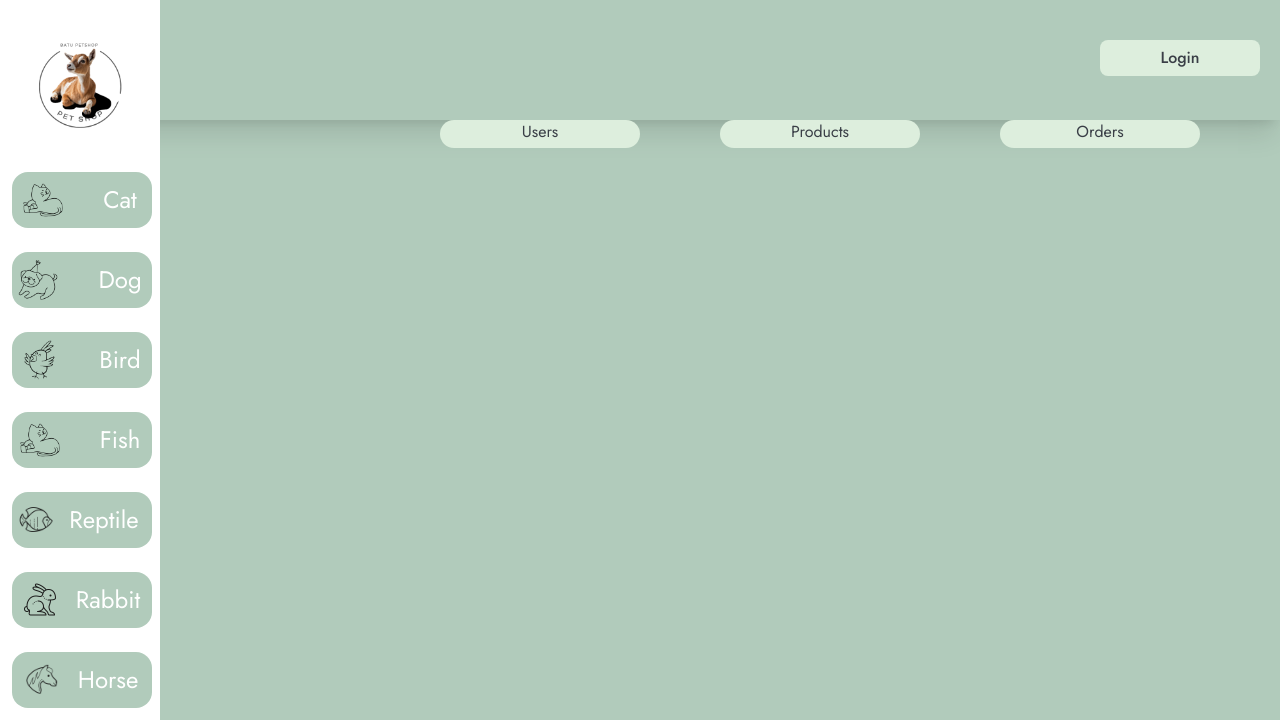
Repository: batu-call/batu-petshop
Page: /main (app in petshopp-appAdmin/admin/)
The author's editor kept a copy of each file at every save. The page is drawn from the files as they stood at one save, then again after the next save.
The browser window is 1280 px wide. The pictures show the whole page.
The project was rebuilt for these pictures with package versions that can differ from the ones it lists, and the page was loaded fresh each time. The framework's server and built-in components were replaced by stand-ins that run in the browser. Also part of the build but not shown: petshopp-appAdmin/admin/next.config.ts.

Above is the page before, as saved 2025-09-20 00:33:13.

### petshopp-appAdmin/admin/src/app/layout.tsx
import type { Metadata } from "next";
import { Jost } from 'next/font/google';
import "./globals.css";

const jost = Jost({
  subsets: ['latin'],
  weight: ['400', '500', '700'],
});


export const metadata: Metadata = {
  title: "Batu Petshop AdminPanel",
  description: "Generated by create next app",
   icons: {
    icon: '/favicon.ico',
  },
};

export default function RootLayout({
  children,
}: Readonly<{
  children: React.ReactNode;
}>) {
  return (
    <html lang="en">
      <body
        className={`antialiased ${jost.className}`}
      >
        {children}
      </body>
    </html>
  );
}

### petshopp-appAdmin/admin/src/app/main/layout.tsx
import Main from "./controller/Main"

export default function MainLayout({ children }: { children: React.ReactNode }) {
  return <Main>{children}</Main>
}

### petshopp-appAdmin/admin/src/app/main/page.tsx
import React from 'react'
import Main from './controller/Main'


const page = () => {
  return (
    <div>
        <Main />
    </div>
  )
}

export default page

### petshopp-appAdmin/admin/src/app/globals.css
@import "tailwindcss";
@import "tw-animate-css";

@custom-variant dark (&:is(.dark *));

@layer utilities {
  .bg-primary {
    background-color: #B1CBBB;
  }
  .bg-secondary {
    background-color: #DDEEDD;
  }
  .bg-secondary_20 {
    background-color: rgba(221, 238, 221, 0.2);
  }
  .text-jost {
    font-family: 'Jost',sans-serif;
  }
  .text-color {
    color: #393E46;
  }
  .text-color2 {
    color: #B1CBBB;
  }
}

body {
  font-family: 'Jost', Arial, Helvetica, sans-serif
}

@theme inline {
  --radius-sm: calc(var(--radius) - 4px);
  --radius-md: calc(var(--radius) - 2px);
  --radius-lg: var(--radius);
  --radius-xl: calc(var(--radius) + 4px);
  --color-background: var(--background);
  --color-foreground: var(--foreground);
  --color-card: var(--card);
  --color-card-foreground: var(--card-foreground);
  --color-popover: var(--popover);
  --color-popover-foreground: var(--popover-foreground);
  --color-primary: var(--primary);
  --color-primary-foreground: var(--primary-foreground);
  --color-secondary: var(--secondary);
  --color-secondary-foreground: var(--secondary-foreground);
  --color-muted: var(--muted);
  --color-muted-foreground: var(--muted-foreground);
  --color-accent: var(--accent);
  --color-accent-foreground: var(--accent-foreground);
  --color-destructive: var(--destructive);
  --color-border: var(--border);
  --color-input: var(--input);
  --color-ring: var(--ring);
  --color-chart-1: var(--chart-1);
  --color-chart-2: var(--chart-2);
  --color-chart-3: var(--chart-3);
  --color-chart-4: var(--chart-4);
  --color-chart-5: var(--chart-5);
  --color-sidebar: var(--sidebar);
  --color-sidebar-foreground: var(--sidebar-foreground);
  --color-sidebar-primary: var(--sidebar-primary);
  --color-sidebar-primary-foreground: var(--sidebar-primary-foreground);
  --color-sidebar-accent: var(--sidebar-accent);
  --color-sidebar-accent-foreground: var(--sidebar-accent-foreground);
  --color-sidebar-border: var(--sidebar-border);
  --color-sidebar-ring: var(--sidebar-ring);
}

:root {
  --radius: 0.625rem;
  --background: oklch(1 0 0);
  --foreground: oklch(0.145 0 0);
  --card: oklch(1 0 0);
  --card-foreground: oklch(0.145 0 0);
  --popover: oklch(1 0 0);
  --popover-foreground: oklch(0.145 0 0);
  --primary: oklch(0.205 0 0);
  --primary-foreground: oklch(0.985 0 0);
  --secondary: oklch(0.97 0 0);
  --secondary-foreground: oklch(0.205 0 0);
  --muted: oklch(0.97 0 0);
  --muted-foreground: oklch(0.556 0 0);
  --accent: oklch(0.97 0 0);
  --accent-foreground: oklch(0.205 0 0);
  --destructive: oklch(0.577 0.245 27.325);
  --border: oklch(0.922 0 0);
  --input: oklch(0.922 0 0);
  --ring: oklch(0.708 0 0);
  --chart-1: oklch(0.646 0.222 41.116);
  --chart-2: oklch(0.6 0.118 184.704);
  --chart-3: oklch(0.398 0.07 227.392);
  --chart-4: oklch(0.828 0.189 84.429);
  --chart-5: oklch(0.769 0.188 70.08);
  --sidebar: oklch(0.985 0 0);
  --sidebar-foreground: oklch(0.145 0 0);
  --sidebar-primary: oklch(0.205 0 0);
  --sidebar-primary-foreground: oklch(0.985 0 0);
  --sidebar-accent: oklch(0.97 0 0);
  --sidebar-accent-foreground: oklch(0.205 0 0);
  --sidebar-border: oklch(0.922 0 0);
  --sidebar-ring: oklch(0.708 0 0);
}

.dark {
  --background: oklch(0.145 0 0);
  --foreground: oklch(0.985 0 0);
  --card: oklch(0.205 0 0);
  --card-foreground: oklch(0.985 0 0);
  --popover: oklch(0.205 0 0);
  --popover-foreground: oklch(0.985 0 0);
  --primary: oklch(0.922 0 0);
  --primary-foreground: oklch(0.205 0 0);
  --secondary: oklch(0.269 0 0);
  --secondary-foreground: oklch(0.985 0 0);
  --muted: oklch(0.269 0 0);
  --muted-foreground: oklch(0.708 0 0);
  --accent: oklch(0.269 0 0);
  --accent-foreground: oklch(0.985 0 0);
  --destructive: oklch(0.704 0.191 22.216);
  --border: oklch(1 0 0 / 10%);
  --input: oklch(1 0 0 / 15%);
  --ring: oklch(0.556 0 0);
  --chart-1: oklch(0.488 0.243 264.376);
  --chart-2: oklch(0.696 0.17 162.48);
  --chart-3: oklch(0.769 0.188 70.08);
  --chart-4: oklch(0.627 0.265 303.9);
  --chart-5: oklch(0.645 0.246 16.439);
  --sidebar: oklch(0.205 0 0);
  --sidebar-foreground: oklch(0.985 0 0);
  --sidebar-primary: oklch(0.488 0.243 264.376);
  --sidebar-primary-foreground: oklch(0.985 0 0);
  --sidebar-accent: oklch(0.269 0 0);
  --sidebar-accent-foreground: oklch(0.985 0 0);
  --sidebar-border: oklch(1 0 0 / 10%);
  --sidebar-ring: oklch(0.556 0 0);
}

@layer base {
  * {
    @apply border-border outline-ring/50;
  }
  body {
    @apply bg-background text-foreground;
  }
}

### petshopp-appAdmin/admin/src/app/main/controller/Main.tsx
import React from 'react'
import Navbar from '../../Navbar/page'
import Sidebar from '../../Sidebar/page'



const Main = () => {
  return (
    <div className='w-full h-screen bg-primary'>
      {/* Navbar */}
      <Navbar />
      {/* Catgeory */}
      <Sidebar />
    </div>
  )
}

export default Main

### petshopp-appAdmin/admin/src/app/Navbar/page.tsx
import React from 'react'
import Link from 'next/link'
import Image from 'next/image'
import { Button } from "@/components/ui/button"



const page = () => {
  return (
    <div>
      <div className='w-full h-30 bg-primary shadow-xl relative'>
        {/* Image */}
        <Link href={"/main"}>
      <div className='fixed'>
        <Image  src={"/logo.png"} alt='main-icon' width={500} height={500} className='flex justify-center items-center w-40 h-40'/>
      </div>
      </Link>
      {/* Image */}

      {/* Button */}
      <div className='absolute top-10 right-45'>
        <Button className='absolute cursor-pointer bg-secondary text-color w-40 text-base hover:bg-secondary'>Login</Button>
      </div>

      </div>
      <div className='flex gap-20 items-center justify-center absolute right-20'>
        <div className='w-50 h-7 rounded-xl bg-secondary'>
        <h3 className='items-center flex justify-center text-color text-jost'>Users</h3>
        </div>
        <div className='w-50 h-7 rounded-xl bg-secondary'>
        <h3 className='items-center flex justify-center text-color text-jost'>Products</h3>
        </div>
        <div className='w-50 h-7 rounded-xl bg-secondary'>
        <h3 className='items-center flex justify-center text-color text-jost'>Orders</h3>
        </div>
      </div>
    </div>
  )
}

export default page

### petshopp-appAdmin/admin/src/app/Sidebar/page.tsx
import React from 'react'
import Link from 'next/link'
import Image from 'next/image'

const page = () => {
  return (
    <div>
        <div className='w-40 h-screen bg-white fixed mt-7'>
        {/* Cat */}
        <Link href={"/Cat"}>
      <div className='bg-primary inline-block p-2 items-center mt-6 ml-3 rounded-2xl w-35'>
        <div className='flex gap-9 items-center justify-center'>
       <Image src="/cat_7721779.png" alt='cat-image'
       height={40}
       width={40}
       />
       <h2 className='text-2xl text-jost text-white p-1'>Cat</h2>
      </div>
      </div>
      </Link>
      {/* Dog */}
         <Link href={"/Dog"}>
       <div className='bg-primary inline-block p-2 items-center mt-6 ml-3 rounded-2xl w-35'>
        <div className='flex gap-9 items-center justify-center'>
       <Image src="/dog.png" alt='cat-image'
       height={40}
       width={40}
       />
       <h2 className='text-2xl text-jost text-white p-1'>Dog</h2>
      </div>
      </div>
      </Link>
      {/* BİRD */}
         <Link href={"/Bird"}>
       <div className='bg-primary inline-block p-2 items-center mt-6 ml-3 rounded-2xl w-35'>
        <div className='flex gap-9 items-center justify-center'>
       <Image src="/bird.png" alt='cat-image'
       height={40}
       width={40}
       />
       <h2 className='text-2xl text-jost text-white p-1'>Bird</h2>
      </div>
      </div>
      </Link>
      {/* FİSH */}
         <Link href={"/Fish"}>
       <div className='bg-primary inline-block p-2 items-center mt-6 ml-3 rounded-2xl w-35'>
        <div className='flex gap-9 items-center justify-center'>
       <Image src="/cat_7721779.png" alt='cat-image'
       height={40}
       width={40}
       />
       <h2 className='text-2xl text-jost text-white p-1'>Fish</h2>
      </div>
      </div>
      </Link>
      {/* Reptile */}
         <Link href={"/Reptile"}>
       <div className='bg-primary inline-block p-2 items-center mt-6 ml-3 rounded-2xl w-35'>
        <div className='flex gap-3 items-center justify-center'>
       <Image src="/fish.png" alt='cat-image'
       height={40}
       width={40}
       />
       <h2 className='text-2xl text-jost text-white mr-2'>Reptile</h2>
      </div>
      </div>
      </Link>
      {/* Rabbit */}
         <Link href={"/Rabbit"}>
       <div className='bg-primary inline-block p-2 items-center mt-6 ml-3 rounded-2xl w-35'>
        <div className='flex gap-3 items-center justify-center'>
       <Image src="/rabbit2.png" alt='cat-image'
       height={40}
       width={40}
       />
       <h2 className='text-2xl text-jost text-white p-1'>Rabbit</h2>
      </div>
      </div>
      </Link>
      {/* Horse */}
         <Link href={"/Horse"}>
       <div className='bg-primary inline-block p-2 items-center mt-6 ml-3 rounded-2xl w-35'>
        <div className='flex gap-3 items-center justify-center'>
       <Image src="/horse.png" alt='cat-image'
       height={40}
       width={40}
       />
       <h2 className='text-2xl text-jost text-white p-1'>Horse</h2>
      </div>
      </div>
      </Link>
      {/* Contact */}
         <Link href={"/Contact"}>
       <div className='bg-primary inline-block p-2 items-center mt-6 ml-3 rounded-2xl w-35'>
        <div className='flex gap-3 items-center justify-center'>
       <h2 className='text-2xl text-jost text-white p-1'>Contact</h2>
      </div>
      </div>
      </Link>
      {/* +category */}
       <div className='bg-primary inline-block p-2 items-center mt-6 ml-3 rounded-2xl w-35'>
        <div className='flex gap-3 items-center justify-center'>
       <h2 className='text-2xl text-jost text-white p-1'>+category</h2>
      </div>
      </div>
    </div>
    </div>
  )
}

export default page

### petshopp-appAdmin/admin/src/components/ui/button.tsx
import * as React from "react"
import { Slot } from "@radix-ui/react-slot"
import { cva, type VariantProps } from "class-variance-authority"

import { cn } from "@/lib/utils"

const buttonVariants = cva(
  "inline-flex items-center justify-center gap-2 whitespace-nowrap rounded-md text-sm font-medium transition-all disabled:pointer-events-none disabled:opacity-50 [&_svg]:pointer-events-none [&_svg:not([class*='size-'])]:size-4 shrink-0 [&_svg]:shrink-0 outline-none focus-visible:border-ring focus-visible:ring-ring/50 focus-visible:ring-[3px] aria-invalid:ring-destructive/20 dark:aria-invalid:ring-destructive/40 aria-invalid:border-destructive",
  {
    variants: {
      variant: {
        default: "bg-primary text-primary-foreground hover:bg-primary/90",
        destructive:
          "bg-destructive text-white hover:bg-destructive/90 focus-visible:ring-destructive/20 dark:focus-visible:ring-destructive/40 dark:bg-destructive/60",
        outline:
          "border bg-background shadow-xs hover:bg-accent hover:text-accent-foreground dark:bg-input/30 dark:border-input dark:hover:bg-input/50",
        secondary:
          "bg-secondary text-secondary-foreground hover:bg-secondary/80",
        ghost:
          "hover:bg-accent hover:text-accent-foreground dark:hover:bg-accent/50",
        link: "text-primary underline-offset-4 hover:underline",
      },
      size: {
        default: "h-9 px-4 py-2 has-[>svg]:px-3",
        sm: "h-8 rounded-md gap-1.5 px-3 has-[>svg]:px-2.5",
        lg: "h-10 rounded-md px-6 has-[>svg]:px-4",
        icon: "size-9",
      },
    },
    defaultVariants: {
      variant: "default",
      size: "default",
    },
  }
)

function Button({
  className,
  variant,
  size,
  asChild = false,
  ...props
}: React.ComponentProps<"button"> &
  VariantProps<typeof buttonVariants> & {
    asChild?: boolean
  }) {
  const Comp = asChild ? Slot : "button"

  return (
    <Comp
      data-slot="button"
      className={cn(buttonVariants({ variant, size, className }))}
      {...props}
    />
  )
}

export { Button, buttonVariants }

Loaded but not shown: petshopp-appAdmin/admin/src/lib/utils.ts (common file)

After the next save:
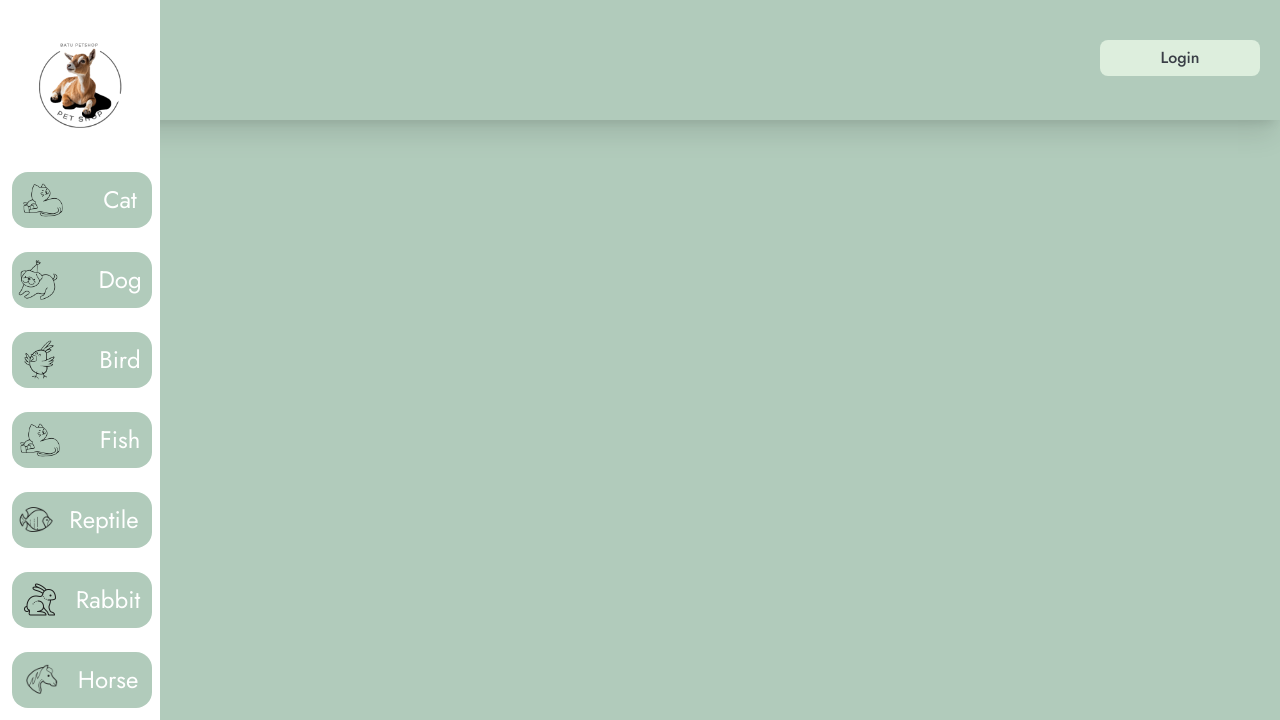
Saved 39 min 46 s later.
--- a/petshopp-appAdmin/admin/src/app/Navbar/page.tsx
+++ b/petshopp-appAdmin/admin/src/app/Navbar/page.tsx
@@ -23,8 +23,8 @@
       </div>
 
       </div>
-      <div className='flex gap-20 items-center justify-center absolute right-20'>
-        <div className='w-50 h-7 rounded-xl bg-secondary'>
+      <div className='flex gap-20 items-center justify-center absolute right-20 hidden group-hover:block'>
+        <div className='w-50 h-7 rounded-xl bg-secondary '>
         <h3 className='items-center flex justify-center text-color text-jost'>Users</h3>
         </div>
         <div className='w-50 h-7 rounded-xl bg-secondary'>

After the 3 saves that followed:
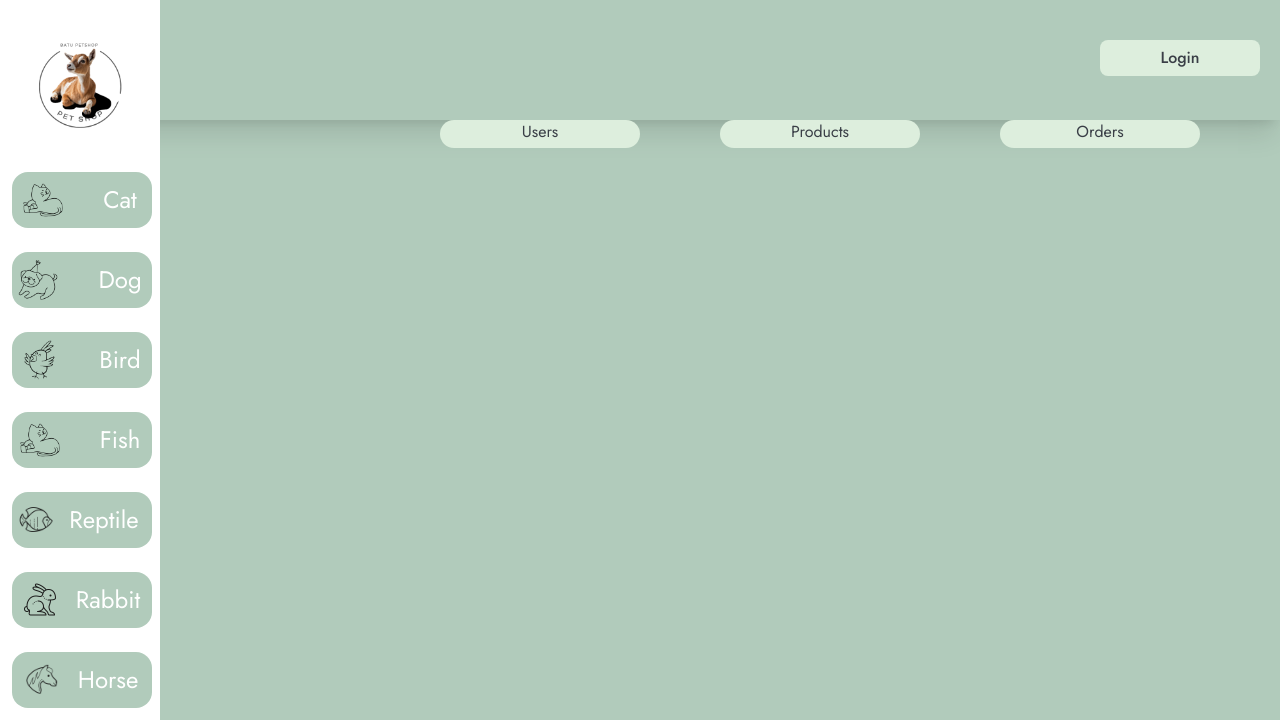
The 3 saves are shown as one change because 1 left the picture as it was and some came seconds apart.
The last was saved 20 s later.
--- a/petshopp-appAdmin/admin/src/app/Navbar/page.tsx
+++ b/petshopp-appAdmin/admin/src/app/Navbar/page.tsx
@@ -23,7 +23,7 @@
       </div>
 
       </div>
-      <div className='flex gap-20 items-center justify-center absolute right-20 hidden group-hover:block'>
+      <div className='flex gap-20 items-center justify-center absolute right-20'>
         <div className='w-50 h-7 rounded-xl bg-secondary '>
         <h3 className='items-center flex justify-center text-color text-jost'>Users</h3>
         </div>
